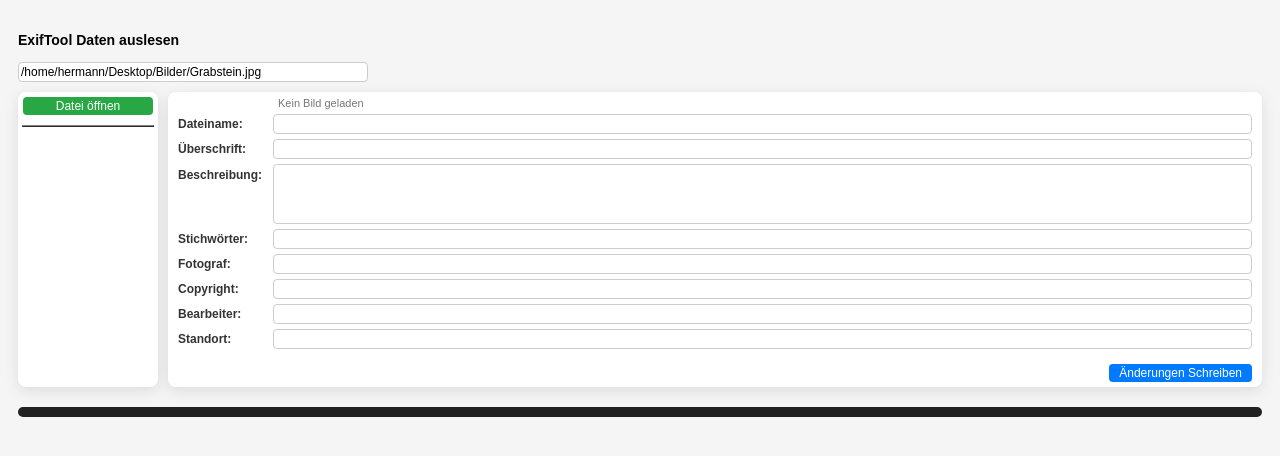
Repository: h-fahle/metadata
Page: ui/index.html
The author's editor kept a copy of each file at every save. The page is drawn from the files as they stood at one save, then again after the next save.
The browser window is 1280 px wide. The pictures show the whole page.

Above is the page before, as saved 2026-08-17 11:07:01.

### ui/index.html
<!DOCTYPE html>
<html lang="de">

<head>
	<meta charset="UTF-8">
	<title>Tauri ExifTool Test</title>
	<link rel="stylesheet" href="style.css">
</head>

<body>
	<h3>ExifTool Daten auslesen</h3>

	<input type="text" id="bildpfad" value="/home/hermann/Desktop/Bilder/Grabstein.jpg">

	<div class="main-container">

		<!-- Das Vorschaubild links -->
		<div id="sidebar">
			<button id="file-open" onclick="dateiAuswählen()">Datei öffnen</button>
			<img id="vorschau-bild" src="" />
		</div>

		<!-- Das Formular rechts -->
		<form action="" method="post">

			<div id="ordner-pfad"
				style="margin-left: 100px; margin-bottom: 2px; color: #777777; font-size: 11px; font-family: Arial, sans-serif; word-break: break-all;">
				Kein Bild geladen
			</div>

			<p>
				<label for="filename">Dateiname:</label>
				<input type="text" id="filename" name="filename" title="Im Einzelmodus: Änderung des Dateinamens bewirkt Umbenennung der Datei.
Im Stapelmodus: Ordnername is nicht änderbar." />
			</p>
			<p>
				<label for="caption">Überschrift:</label>
				<input type="text" id="caption" name="caption" title="Auch (Dokument-)Titel, Schlagzeile, Headline" />
			</p>
			<p>
				<label for="description">Beschreibung:</label>
				<textarea id="description" name="description" style="min-height: 60px;" title="Beschreibender Text in beliebiger Länge.
(Im Stapelmodus wird der eingegebene Text an vorhandenen angehängt.)
Hinweis: Einige Programme zeigen nur 2.000 Zeichen oder auch weniger an."></textarea>
			</p>
			<p>
				<label for="keywords">Stichwörter:</label>
				<input type="text" id="keywords" name="keywords" title="Komma-separierte Liste. Groß-/Kleinschreibung beachten.
Im Stapelmodus werden die eingegebenen Stichwörter an vorhandene angehängt." />
			</p>
			<p>
				<label for="creator">Fotograf:</label>
				<input type="text" id="creator" name="creator" title="Urheber, Ersteller, Autor
(Tags: Artitst, Creator, By-line)" />
			</p>
			<p>
				<label for="copyright">Copyright:</label>
				<input type="text" id="copyright" name="copyright" title="Urheberrechtshinweis; enthält in der Regel:
Name des Fotografen, Aufnahmejahr und Nutzungsrechte;
(z.B. 'Copyright [1975] [Mustermann], Alle Rechte vorbehalten')" />
			</p>
			<p>
				<label for="editor">Bearbeiter:</label>
				<input type="text" id="editor" name="editor" title="Verfasser der Metadaten
(Tags: Caption Writer, Writer Editor)" />
			</p>
			<p>
				<label for="position">Standort:</label>
				<input type="text" id="position" name="position" title="GPS-Koordinaten in Dezimalgrad (51.49129, 8.43317).
Ermitteln der Koordinaten in der Google Maps-Karte:
  1. mit rechter Maustaste auf den Standort klicken,
  2. auf die angezeigten Koordinaten klicken,
  3. der so gespeicherte Wert kann dann mit Strg+V kopiert werden." />
			</p>

			<!-- NEU: Der Speichern-Button am Ende des Formular-Containers -->
			<div style="text-align: right; margin-top: 15px;">
				<button onclick="exifSchreiben(event)" style="background: #007BFF;">Änderungen Schreiben</button>
			</div>

		</form>
	</div> <!-- Ende des main-containers -->

	<div id="ausgabe"></div>

	<script>

		async function dateiAuswählen() {
			try {
				const ergebnis = await window.__TAURI__.core.invoke('plugin:dialog|open', {
					options: {
						title: 'Bilddatei für ExifTool auswählen',
						directory: false,
						multiple: false,
						filters: [
							{ name: 'Bilder', extensions: ['jpg', 'jpeg', 'png', 'gif', 'tif', 'tiff', 'webp', 'avif', 'heic', 'heif'] }
						]
					}
				});

				// Wenn der Nutzer nicht abgebrochen hat (ergebnis ist nicht null)
				if (ergebnis) {
					// Falls das Ergebnis ein Objekt ist (z.B. { path: "..." }), holen wir den Pfad heraus,
					// ansonsten nehmen wir den String direkt.
					const pfad = typeof ergebnis === 'object' ? ergebnis.path : ergebnis;

					document.getElementById("bildpfad").value = pfad;

					// Sofort automatisch die Metadaten einlesen!
					exifAuslesen();
				}
			} catch (fehler) {
				document.getElementById("ausgabe").innerHTML = "<span style='color: red;'>Dialog-Fehler: " + fehler + "</span>";
			}
		}

		async function exifAuslesen() {
			const pfad = document.getElementById("bildpfad").value;
			const ausgabe = document.getElementById("ausgabe");
			const vorschauImg = document.getElementById("vorschau-bild");


			ausgabe.innerText = "Rufe ExifTool auf...";

			try {
				// 1. Metadaten über Rust holen
				const jsonText = await window.__TAURI__.core.invoke('lese_bild_metdaten', { dateipfad: pfad });
				const datenObjekt = JSON.parse(jsonText)[0]; 	// Das 1. JSON-Objekt im JSON-Array in JS-Objekt umwandeln

				document.getElementById('filename').value = datenObjekt.FileName || '';
				document.getElementById('caption').value = datenObjekt.CMB_Caption || '';
				document.getElementById('description').value = datenObjekt.Description || '';
				document.getElementById('keywords').value = datenObjekt.Keywords || '';
				document.getElementById('creator').value = datenObjekt.Creator || '';
				document.getElementById('copyright').value = datenObjekt.Copyright || '';
				document.getElementById('editor').value = datenObjekt.CMB_Editor || '';
				document.getElementById('position').value = datenObjekt.GPSPosition || '';

				const vollerPfad = pfad;
				// Erkennt automatisch Linux-Schrägstriche (/) und Windows-Backslashes (\)
				const letzterSlash = Math.max(vollerPfad.lastIndexOf('/'), vollerPfad.lastIndexOf('\\'));
				let ordner = "Unbekannt";

				if (letzterSlash !== -1) {
					ordner = vollerPfad.substring(0, letzterSlash);
				}
				// Den berechneten Ordnerpfad in das neue Label schreiben
				document.getElementById('ordner-pfad').innerText = ordner;

				// Wir nehmen das erste Element der Liste (ExifTool liefert immer ein Array)
				// und stellen es schön formatiert im Browser dar
				// ausgabe.innerText = JSON.stringify(datenObjekt[0], null, 2);
				ausgabe.innerText = jsonText;

				// Wir fragen Rust nach dem besten Weg für das Bild
				const vorschauErgebnis = await window.__TAURI__.core.invoke('hole_vorschaubild', { dateipfad: pfad });

				if (vorschauErgebnis === "STANDARD") {
					// Normales JPG/PNG über das Asset-Protokoll
					const assetUrl = window.__TAURI__.core.convertFileSrc(pfad);
					vorschauImg.src = assetUrl + "?t=" + new Date().getTime();
				} else if (vorschauErgebnis.startsWith("data:[embedded picture, 23 characters]")) {
					// TIF/TIFF über den im RAM kompilierten Rust-Wandler
					vorschauImg.src = vorschauErgebnis;
				}

				vorschauImg.style.display = "block";

			} catch (fehler) {
				ausgabe.innerHTML = "<span style='color: red;'>Fehler: " + fehler + "</span>";
				vorschauImg.style.display = "none";
				infoText.innerText = "Fehler beim Laden";
			}
		}

		async function exifSchreiben(ereignis) {
			if (ereignis) ereignis.preventDefault();  // verbietet dem Browser den automatischen Seiten-Reset!

			const pfad = document.getElementById("bildpfad").value;
			const ausgabe = document.getElementById("ausgabe");

			ausgabe.innerText = "Speichere Daten über ExifTool...";

			// Wir sammeln alle aktuellen Werte aus den Eingabefeldern ein
			const daten = {
				dateipfad: pfad,
				filename: document.getElementById('filename').value,
				caption: document.getElementById('caption').value,
				description: document.getElementById('description').value,
				keywords: document.getElementById('keywords').value.split(',').map(s => s.trim()).join(', '),
				creator: document.getElementById('creator').value,
				copyright: document.getElementById('copyright').value,
				editor: document.getElementById('editor').value,
				gps: document.getElementById('position').value
			};

			try {
				// Wir schicken das gesamte Paket an die Rust-Funktion 'schreibe_bild_metdaten'
				const antwort = await window.__TAURI__.core.invoke('schreibe_bild_metdaten', daten);

				// Bei Erfolg zeigen wir die Meldung in grüner Schrift an
				ausgabe.innerHTML = "<span style='color: #00ff00;'>" + antwort + "</span>";

				// 2. Da der Pfad dank preventDefault() jetzt bombenfest im Feld stehen bleibt,
				// funktioniert das Neuladen nun augenblicklich und fehlerfrei!
				await exifAuslesen();

			} catch (fehler) {
				// Falls etwas schiefgeht (z.B. Datei schreibgeschützt), zeigen wir den Fehler an
				ausgabe.innerHTML = "<span style='color: red;'>Fehler beim Speichern: " + fehler + "</span>";
			}
		}

	</script>
</body>

</html>

### ui/style.css
body {
	font-family: sans-serif;
	font-size:12px;
	padding: 10px;
	background: #f5f5f5;
}

button {
	padding: 2px 10px;
	font-size: 12px;
	cursor: pointer;
	background: #28a745;
	color: white;
	border: none;
	border-radius: 4px;
}

#ausgabe {
	margin-top: 20px;
	background: #222;
	color: #00ff00;
	padding: 5px;
	border-radius: 5px;
	font-family: monospace;
	white-space: pre-wrap;
	overflow-x: auto;
}
input#bildpfad {
	width: 350px;
}

/* Der neue Haupt-Container für die Nebeneinander-Ausrichtung */
.main-container {
	margin-top: 10px;
	display: flex;
	flex-direction: row;  /* Elemente nebeneinander */
	gap: 10px;            /* Abstand zwischen Bild und Formular */
	width: 100%;
	box-sizing: border-box;
}

/* Styling für den Bild-Bereich */
#sidebar {
	width: 140px;
	min-width: 140px;

	display: flex;
	flex-direction: column;
  	align-items: center;
  	justify-content: flex-start;

	padding-top: 5px;
	background-color: #ffffff;
	border-radius: 8px;
	box-shadow: 0 4px 15px rgba(0, 0, 0, 0.1);
}
#file-open {
	 width: 130px;
	 margin-bottom: 10px;
}
#vorschau-bild {
	width: 130px;
	height: auto;
	border: 1px outset gray;
}

/* Container des Formulars */
form {
	flex-grow: 1;
	margin: 0;
	padding: 5px 10px;
	background-color: #ffffff;
	border-radius: 8px;
	box-shadow: 0 4px 15px rgba(0, 0, 0, 0.1);
	font-family: Arial, sans-serif;
}

form p {
	display: flex;
	align-items: center;
	margin: 6px 0;       /* Geringer Zeilenabstand */
	width: 100%;
	margin-top: 5px;    /* Kleiner Abstand nach oben */
	margin-bottom: 5px; /* Kleiner Abstand nach unten */
}

label[for="description"] {
    align-self: flex-start;  /* DIESE ZEILE IST DIE RETTUNG: Richtet NUR dieses Label oben aus! */
    margin-top: 4px;         /* Feinjustierung, damit es perfekt auf der Linie der ersten Textzeile liegt */
}


/* Feste Breite für die Labels + Linksbündig */
label {
	display: inline-block;
	width: 95px;
	text-align: left;
	font-weight: bold;
	color: #333333;
	flex-shrink: 0; /* Verhindert, dass der Text zusammengedrückt wird */
}

#ordner-pfad {
	margin-left: 95px;
	margin-bottom: 2px;
	color: #777777;
	font-size: 11px;
	font-family: Arial, sans-serif;
}

/* Eingabefelder füllen den restlichen Platz der Zeile aus */
input[type="text"],
textarea {
	flex-grow: 1; /* Alle Felder starten exakt an der gleichen Linie */
	width: 100%;
	min-width: 0;
	padding: 2px;
	border: 1px solid #cccccc;
	border-radius: 4px;
	box-sizing: border-box;
	font-size: 12px;
}
textarea {
    /* DIESE BEIDEN ZEILEN LÖSEN DAS LINUX-PROBLEM ENDGÜLTIG: */
    field-sizing: content;   /* Die Box wächst automatisch zeilenweise mit! */
    overflow: hidden;        /* Schaltet Scrollbalken und damit den Bug komplett ab */
    resize: none;            /* Der Nutzer muss nicht mehr manuell ziehen */
}

/* Aktives Feld bei Klick */
input:focus,
textarea:focus {
	border-color: #007BFF;
	outline: none;
	box-shadow: 0 0 5px rgba(0, 123, 255, 0.5);
}

/* Der Absendeknopf richtet sich nach den Eingabefeldern aus */
.button-group {
	display: flex;
	justify-content: flex-end;
}

button[type="submit"] {
	width: 200px;
	padding: 12px;
	background-color: #007BFF;
	color: white;
	border: none;
	border-radius: 4px;
	font-size: 16px;
	cursor: pointer;
	transition: background-color 0.3s ease;
}
button[type="submit"]:hover {
	background-color: #0056b3;
}

After the next save:
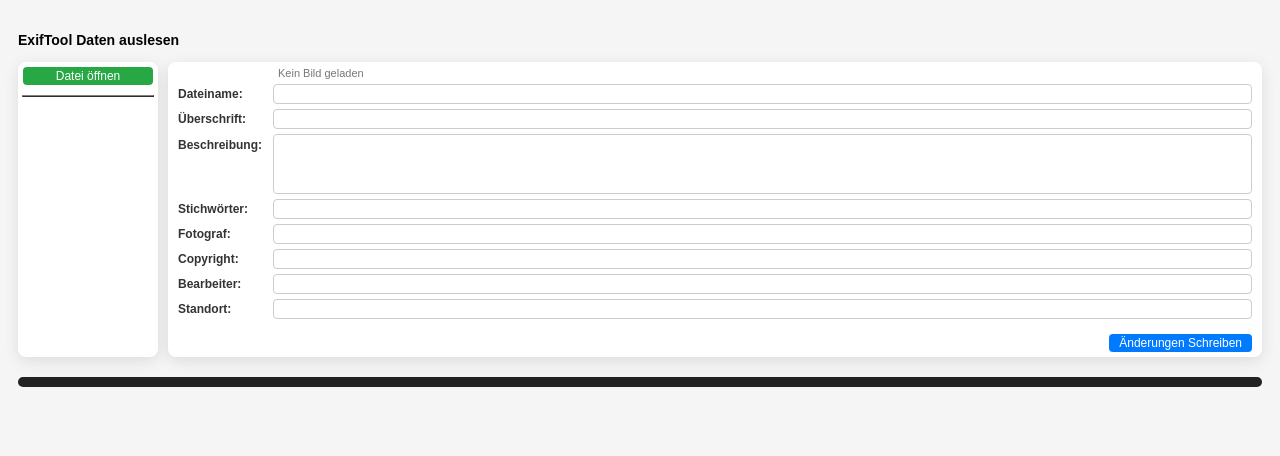
Saved 3 min 37 s later.
--- a/ui/index.html
+++ b/ui/index.html
@@ -10,7 +10,7 @@
 <body>
 	<h3>ExifTool Daten auslesen</h3>
 
-	<input type="text" id="bildpfad" value="/home/hermann/Desktop/Bilder/Grabstein.jpg">
+	<input type="hidden" id="bildpfad" value="">
 
 	<div class="main-container">
 
